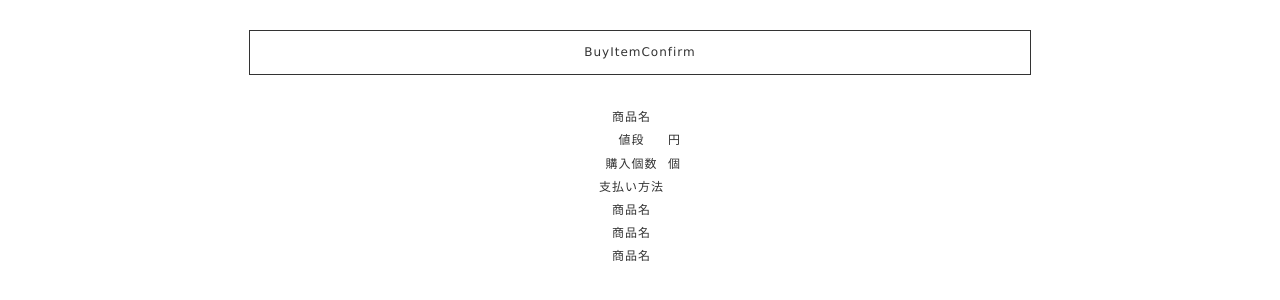
Repository: NoriakiYasumura/test01
Page: http://localhost/template/buyItemConfirm.jsp
An editor plug-in stored every save of this project. The page is shown before and after the next save, followed by the edit.
The browser window is 1280 px wide. The pictures show the whole page.
The page is served by Tomcat 9.

Above is the page before, as saved 2019-04-09 04:30:50.

After the next save:
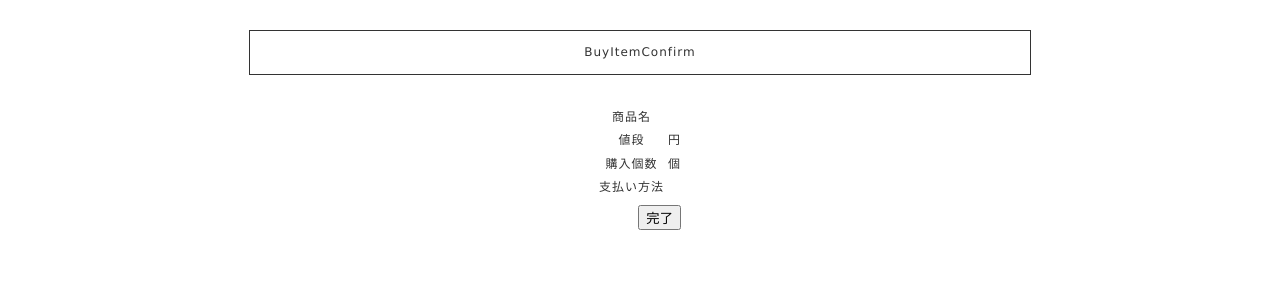
Saved 82 s later.
--- a/template/WebContent/buyItemConfirm.jsp
+++ b/template/WebContent/buyItemConfirm.jsp
@@ -86,14 +86,8 @@
 							</td>
 
 						</tr>
-							<td>商品名</td>
-							<td><s:property value="session.buyItem_name"/></td>
-						</tr>
-							<td>商品名</td>
-							<td><s:property value="session.buyItem_name"/></td>
-						</tr>
-							<td>商品名</td>
-							<td><s:property value="session.buyItem_name"/></td>
+						<tr>
+							<td><s:submit value="完了"/></td>
 						</tr>
 					</table>
 				</s:form>
